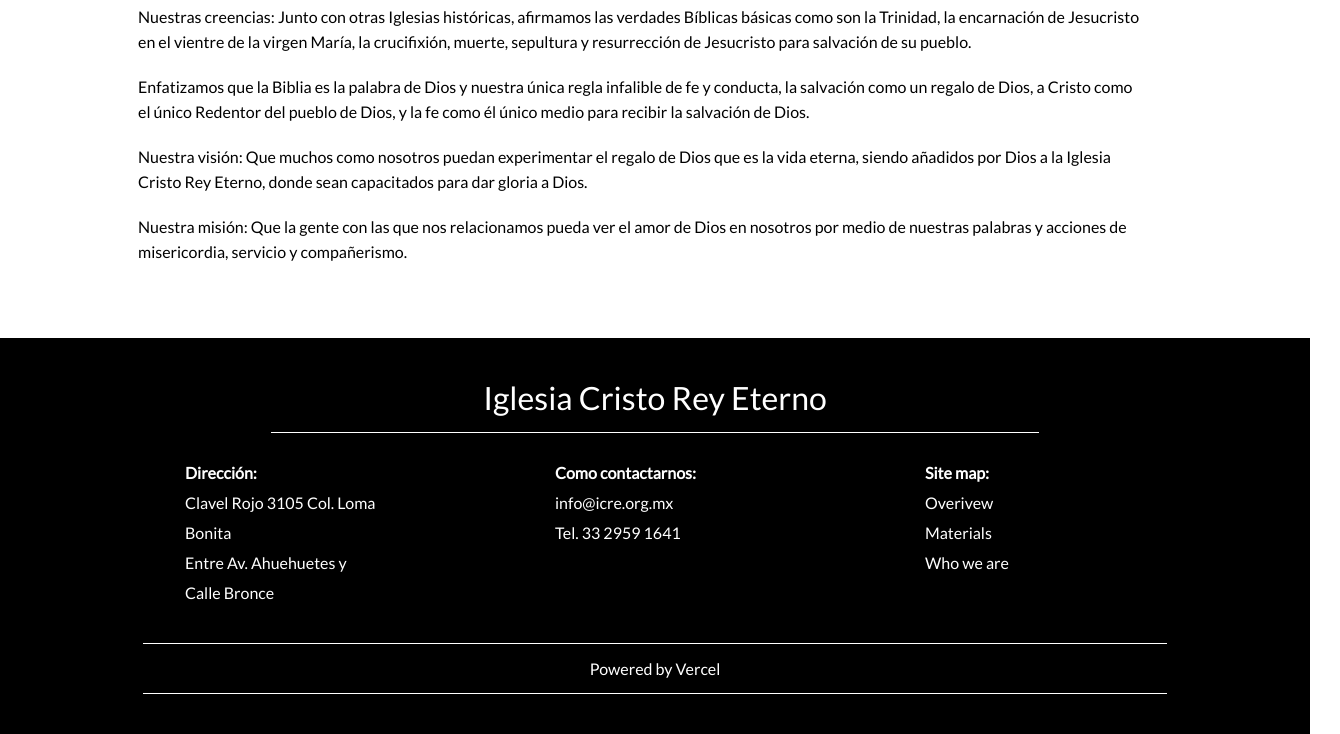
Repository: programmer686/Third-times-a-charm
Page: /About
These files come from the project's save history. The page is drawn as it stood at one moment and after the next save; the edit follows.
The browser window is 1280 px wide. The page is 1340 px wide, so the pictures cover 1340 px, including what lies to the right of the window. The pictures show the part of the page from y = 775 to 1671 px (the page is 1509 px tall before and 1671 px after).
The project was rebuilt for these pictures with package versions that can differ from the ones it lists, and the page was loaded fresh each time. The framework's server and built-in components were replaced by stand-ins that run in the browser. Also part of the build but not shown: next.config.js, src/styles/Layout.module.css.

Above is the page before, as saved 2023-04-28 20:20:12.

### src/pages/_app.tsx
import '@/styles/globals.css'
import type { AppProps } from 'next/app'
import Layout from '@/comps/Layout'

export default function App({ Component, pageProps }: AppProps) {
  return (

    <Layout>
      <Component {...pageProps} />
    </Layout>
  )
}

### src/pages/About.tsx
import Image from 'next/image'
import { Inter } from 'next/font/google'
import styles from "@/styles/About.module.css"

export default function About() {
  return (
    <main className={styles.about__container}>
      <div className={styles.about_us__section1}>
          <iframe className={styles.about_us__video} width="700" height="330" src="https://www.youtube.com/embed/nHbjY5i7Fao" title="YouTube video player" allow="accelerometer; autoplay; clipboard-write; encrypted-media; gyroscope; picture-in-picture; web-share"></iframe>
      </div>
      <div className={styles.about_us__section2}>
      <h1 className={styles.about_us__page_title}>Our History</h1>
        <p>Plantada en Guadalajara, por los misioneros Steve y Amy Robertson en el verano del a&ntilde;o 2010, la iglesia comenz&oacute; como misi&oacute;n, pasando por congregaci&oacute;n hasta establecerse como iglesia, una comunidad de la Iglesia Presbiteriana de M&eacute;xico.</p>
        <p>La Iglesia Cristo Rey Eterno, existe para dar gloria a Dios Padre, Hijo, y Esp&iacute;ritu Santo, es nuestro deseo mostrar el amor de Dios a todos y ser instrumentos de Dios para que otros conozcan el mensaje de salvaci&oacute;n revelado en las Sagradas Escrituras.</p><p>Nuestras creencias: Junto con otras Iglesias hist&oacute;ricas, afirmamos las verdades B&iacute;blicas b&aacute;sicas como son la Trinidad, la encarnaci&oacute;n de Jesucristo en el vientre de la virgen Mar&iacute;a, la crucifixi&oacute;n, muerte, sepultura y resurrecci&oacute;n de Jesucristo para salvaci&oacute;n de su pueblo.</p>
        <p>Enfatizamos que la Biblia es la palabra de Dios y nuestra &uacute;nica regla infalible de fe y conducta, la salvaci&oacute;n como un regalo de Dios, a Cristo como el &uacute;nico Redentor del pueblo de Dios, y la fe como &eacute;l &uacute;nico medio para recibir la salvaci&oacute;n de Dios.</p>
        <p>Nuestra visi&oacute;n: Que muchos como nosotros puedan experimentar el regalo de Dios que es la vida eterna, siendo a&ntilde;adidos por Dios a la Iglesia Cristo Rey Eterno, donde sean capacitados para dar gloria a Dios.</p>
        <p>Nuestra misi&oacute;n: Que la gente con las que nos relacionamos pueda ver el amor de Dios en nosotros por medio de nuestras palabras y acciones de misericordia, servicio y compa&ntilde;erismo.</p>
      </div>


    </main>
  )
}

### src/comps/Layout.js
import Footer from "./Footer/Footer";
import Navbar from "./Header/Navbar";
import styles from '@/styles/Layout.module.css'
const Layout = ( {children} ) => {
    return (
      <>
        <Navbar />
        <main>{children}</main>
        <Footer />
      </>
    )
  }

  export default Layout

### src/styles/About.module.css
@import url('https://fonts.googleapis.com/css2?family=Rubik:wght@300&display=swap');
@import url('https://fonts.googleapis.com/css2?family=Lato:ital,wght@0,400;1,100&family=Rubik:wght@300&display=swap');


.about__container {
    height: fit-content;
    display: flex;
    flex-direction: column;
    justify-content: center;
    align-items: center;
}

.about__history_text {
    padding: 10px 45px;
    margin-top: 40px;
    line-height: 30px;
    font-family: 'Rubik', sans-serif;

}

.about_us__page_title {
    font-family: 'Lato', sans-serif;
    font-size: 2rem;
    padding: 10px 30px;
}

.about_us__section1 {
    padding: 30px 40px;
}

.about_us__section2 {
    display: flex;
    flex-direction: column;
    align-items: center;
    padding: 5% 10%;
}

.about_us__video {
    border: none;
    border-radius: 20px;

}

.about_us__section2 p {
    font-family: 'Lato', sans-serif;
    line-height: 25px;
    margin: 10px;
}

### src/comps/Footer/Footer.tsx
import styles from '@/styles/Footer.module.css'
import Link from 'next/link'

export default function Footer() {
    return (
        <footer className={styles.footer_container}>
            <p className={styles.footer_logo}>Iglesia Cristo Rey Eterno</p>
            <div className={styles.footer_info__container}>
                <div className={styles.footer_info__box}>
                    <p className={styles.footer_info__text}>
                        <strong>Dirección:</strong><br/>
                        Clavel Rojo 3105 Col. Loma Bonita<br/>
                        Entre Av. Ahuehuetes y Calle Bronce<br/>
                    </p>
                </div>
                <div className={styles.footer_info__box}>
                    <p className={styles.footer_info__text}>
                        <strong>Como contactarnos:</strong><br/>
                        <a href="malito:info@icre.org.mx" className={styles.footer__email}>info@icre.org.mx</a><br/>
                        Tel. 33 2959 1641 <br/>
                    </p>
                </div>
                <div className={styles.footer_info__box}>
                    <p className={styles.footer_info__text}>
                        <strong>Site map:</strong><br/>
                        <Link href="/" className={styles.footer__nav_link}>Overivew</Link><br/>
                        <Link href="/Materials" className={styles.footer__nav_link}>Materials</Link><br/>
                        <Link href="/About" className={styles.footer__nav_link}>Who we are</Link><br/>
                    </p>
                </div>
            </div>
            <div className={styles.footer_createdBy_footer}>
                <p className={styles.footer_powered_by}>Powered by Vercel</p>
            </div>
        </footer>
    )
}

### src/comps/Header/Navbar.tsx
import Link from "next/link";
import styles from "@/styles/Navbar.module.css"
import Logo from "../Logo";
export default function Navbar() {
    return (
            <nav className={styles.nav_container}>
                <Logo/>
                    <ul className={styles.nav_link__container}>
                        <li className={styles.nav_link_li}>
                            <Link href="/" className={styles.nav_link_link}>
                                Overview
                            </Link>
                        </li>
                        <li className={styles.nav_link_li}>
                            <Link href="/Materials" className={styles.nav_link_link}>
                                Materials
                            </Link>
                        </li>
                        <li className={styles.nav_link_li}>
                            <Link href="/About" className={styles.nav_link_link}>
                                Who we Are
                            </Link>
                        </li>
                    </ul>
            </nav>
    )
}

### src/styles/Footer.module.css
@import url('https://fonts.googleapis.com/css2?family=Lato:ital,wght@0,400;1,100&family=Rubik:wght@300&display=swap');



.footer_container {
    width: 100%;
    position: absolute;
    background-color: black;
    margin: 0;
    padding: 40px 15px;
    display: flex;
    flex-direction: column;
    align-items: center;

}

.footer_info__container {
    width: 100%;
    padding: 5px 0px;
    display: flex;
    justify-content: space-evenly;
    margin: 20px 0;
}

.footer_info__box {
    width: 200px;

}

.footer_logo {
    width: 60%;
    font-size: 2rem;
    font-family: 'Lato', sans-serif;
    text-align: center;
    color: white;
    padding-bottom: 15px;
    border-bottom: 1px solid white;
}

.footer_info__text {
    color: white;
    font-family: 'Lato', sans-serif;
    padding-bottom: 8px;
    margin-bottom: 2px;
    line-height: 30px;
}

.footer_createdBy_footer {
    width: 80vw;
    text-align: center;
    font-family: 'Lato', sans-serif;
    border-top: 1px solid white;
    border-bottom: 1px solid white;
}

.footer_powered_by {
    color: white;
    margin: 15px;
    font-family: 'Lato', sans-serif;
    font-weight: lighter;
}

@media (max-width: 600px) {
    .footer_info__container {
        flex-direction: column;
        align-items: center;
    }

    .footer_info__box {
        width: 60%;
        margin-bottom: 30px;
        text-align: center;
    }
}

.footer__nav_link, .footer__email {
    text-decoration: none;
    color: white;
}

### src/styles/Navbar.module.css
@import url('https://fonts.googleapis.com/css2?family=Rubik:wght@300&display=swap');

.nav_container {
    width: 100%;
    padding: 25px 30px;
    margin: 0;
    display: flex;
    justify-content: space-around;
    align-items: center;
}

.nav_link__container {
    width: 40%;
    display: flex;
    justify-content: space-evenly;
    padding: 20px 0px;
    text-decoration: none;
}

.nav_link_li {

    list-style: none;
}

.nav_link_link {
    text-decoration: none;
    color: black;
    font-weight: bolder;
    font-size: 18px;
    font-family: 'Rubik', sans-serif;
}

### src/comps/Logo.tsx
import styles from "@/styles/Logo.module.css"

export default function Logo() {
    return (
        <main className={styles.logo_container}>
            <h1 className={styles.logo_icre_logo}>ICRE</h1>
        </main>
    )
}

### src/styles/Logo.module.css
@import url('https://fonts.googleapis.com/css2?family=Montserrat:ital,wght@1,600&family=Overpass:wght@400;500&display=swap');


.logo_conteinr, .logo_icre_logo, .logo_icre_fullname {
    padding: 0;
    margin: 2px 0;
}

.logo_icre_logo {
    color: black;
    font-size: 2.5rem;
    font-family: 'Overpass', sans-serif;
}

### src/comps/Leader.tsx
export default function Leader() {
    return (
        <main>
            <image href="https://cdn.pixabay.com/photo/2019/09/30/07/03/weddings-4515009_960_720.jpg"/>
            <div>
                <h2>Tono Barrera</h2>
                <h3>Pastor</h3>
                <p>Lorem Ipsum is simply dummy text of the printing and typesetting industry. Lorem Ipsum has been the industry's standard dummy text ever since the 1500s, when an unknown printer took a galley of type and scrambled it to make a type specimen book. It has survived not only five centuries, but also the leap into electronic typesetting, remaining essentially unchanged. It was popularised in the 1960s with the release of Letraset sheets containing Lorem Ipsum passages, and more recently with desktop publishing software like Aldus PageMaker including versions of Lorem Ipsum.</p>
            </div>
        </main>
    )
}

Loaded but not shown: src/pages/_document.tsx (common file); src/styles/globals.css (common file)

After the next save:
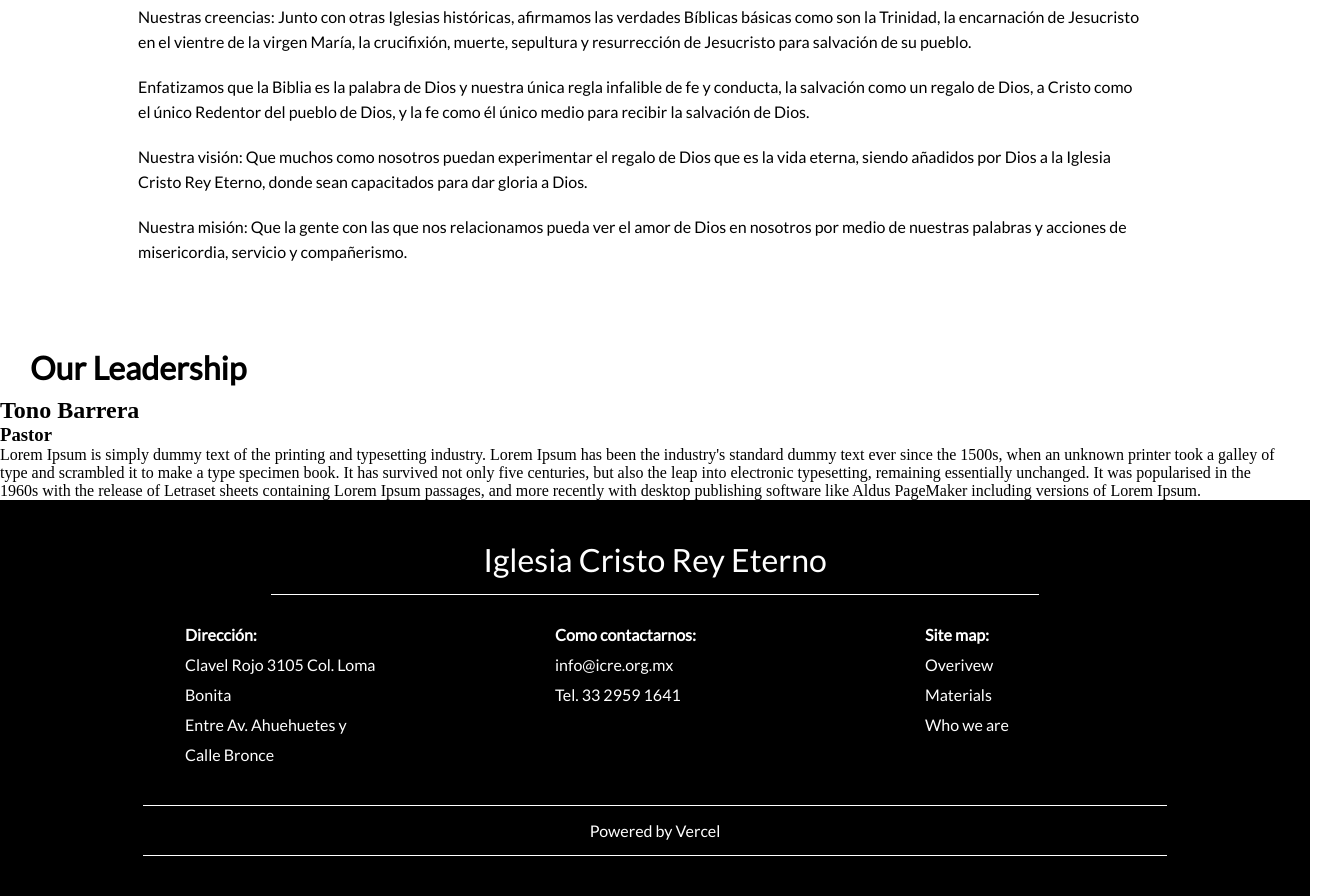
Saved 20 s later.
--- a/src/pages/About.tsx
+++ b/src/pages/About.tsx
@@ -1,21 +1,28 @@
 import Image from 'next/image'
 import { Inter } from 'next/font/google'
 import styles from "@/styles/About.module.css"
+import Leader from '@/comps/Leader'
 
 export default function About() {
   return (
     <main className={styles.about__container}>
-      <div className={styles.about_us__section1}>
+      <section className={styles.about_us__section1}>
           <iframe className={styles.about_us__video} width="700" height="330" src="https://www.youtube.com/embed/nHbjY5i7Fao" title="YouTube video player" allow="accelerometer; autoplay; clipboard-write; encrypted-media; gyroscope; picture-in-picture; web-share"></iframe>
-      </div>
-      <div className={styles.about_us__section2}>
+      </section>
+      <section className={styles.about_us__section2}>
       <h1 className={styles.about_us__page_title}>Our History</h1>
         <p>Plantada en Guadalajara, por los misioneros Steve y Amy Robertson en el verano del a&ntilde;o 2010, la iglesia comenz&oacute; como misi&oacute;n, pasando por congregaci&oacute;n hasta establecerse como iglesia, una comunidad de la Iglesia Presbiteriana de M&eacute;xico.</p>
         <p>La Iglesia Cristo Rey Eterno, existe para dar gloria a Dios Padre, Hijo, y Esp&iacute;ritu Santo, es nuestro deseo mostrar el amor de Dios a todos y ser instrumentos de Dios para que otros conozcan el mensaje de salvaci&oacute;n revelado en las Sagradas Escrituras.</p><p>Nuestras creencias: Junto con otras Iglesias hist&oacute;ricas, afirmamos las verdades B&iacute;blicas b&aacute;sicas como son la Trinidad, la encarnaci&oacute;n de Jesucristo en el vientre de la virgen Mar&iacute;a, la crucifixi&oacute;n, muerte, sepultura y resurrecci&oacute;n de Jesucristo para salvaci&oacute;n de su pueblo.</p>
         <p>Enfatizamos que la Biblia es la palabra de Dios y nuestra &uacute;nica regla infalible de fe y conducta, la salvaci&oacute;n como un regalo de Dios, a Cristo como el &uacute;nico Redentor del pueblo de Dios, y la fe como &eacute;l &uacute;nico medio para recibir la salvaci&oacute;n de Dios.</p>
         <p>Nuestra visi&oacute;n: Que muchos como nosotros puedan experimentar el regalo de Dios que es la vida eterna, siendo a&ntilde;adidos por Dios a la Iglesia Cristo Rey Eterno, donde sean capacitados para dar gloria a Dios.</p>
         <p>Nuestra misi&oacute;n: Que la gente con las que nos relacionamos pueda ver el amor de Dios en nosotros por medio de nuestras palabras y acciones de misericordia, servicio y compa&ntilde;erismo.</p>
-      </div>
+      </section>
+      <section className={styles.about_us__section3}>
+        <h1 className={styles.about_us__page_title}>Our Leadership</h1>
+        <div>
+          <Leader/>
+        </div>
+      </section>
 
 
     </main>
